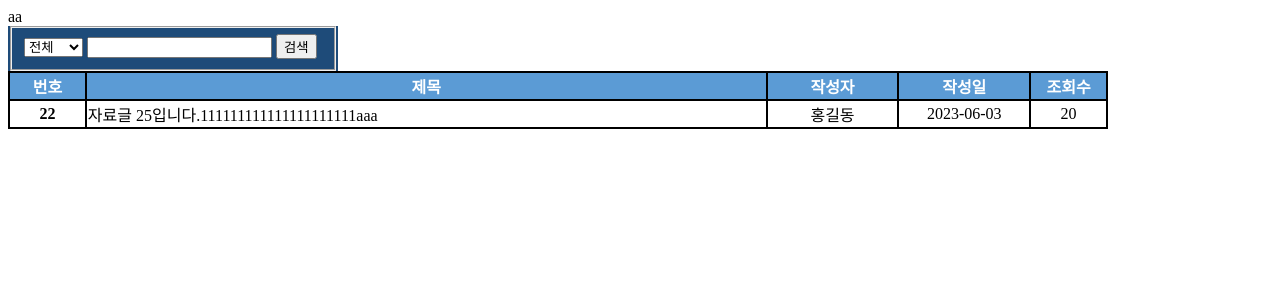
Repository: LJzero-dev/java-study
Page: http://localhost/ktbwos/bbs/request_list.jsp
An editor plug-in stored every save of this project. The page is shown before and after the next save, followed by the edit.
The browser window is 1280 px wide. The pictures show the whole page.
The page is served by Tomcat 9. Other server files are loaded and not shown.

Above is the page before, as saved 2023-06-10 13:29:17.

### web/ktbwos/WebContent/bbs/request_list.jsp
<%@ page language="java" contentType="text/html; charset=UTF-8" pageEncoding="UTF-8"%>
<!DOCTYPE html PUBLIC "-//W3C//DTD HTML 4.01 Transitional//EN" "http://www.w3.org/TR/html4/loose.dtd">
<html>
<head>
<meta http-equiv="Content-Type" content="text/html; charset=UTF-8">
<style>
	a:link { color:black; text-decoration:none; }
	a:visited { color:black; text-decoration:none; }
	a:hover { color:black; text-decoration:underline; }
	table, th, td {
	border:2px solid black;
	border-collapse : collapse;
	}
	th { background-color:#5B9BD5; color:white;}
	td { text-align:center;}
</style>
<title>Insert title here</title>
</head>
<body>

<div width="1100">
aa<div style="width:330px; background:#1E4B79; ">
<form name="frmSch">
<fieldset>
		<select name="schtype">
			<option value="all" >전체</option>
			<option value="title" >제목</option>
			<option value="content" >내용</option>
			<option value="writer" >글쓴이</option>
		</select>
		<input type="text" name="keyword" value="" />
		<input type="submit" value="검색" />
</fieldset>
</form>
</div>
	<table width="1100">
		<tr>
			<th width="7%">번호</th><th width="*">제목</th><th width="12%">작성자</th><th width="12%">작성일</th><th width="7%">조회수</th>
		</tr>
		<tr>
			<td><b>22</b></td><td><span style="float:left;">자료글 25입니다.111111111111111111111<a href="">aaa</a></span></td><td>홍길동</td><td>2023-06-03</td><td>20</td>
		</tr>
	</table>

</div>
</body>
</html>

After the next save:
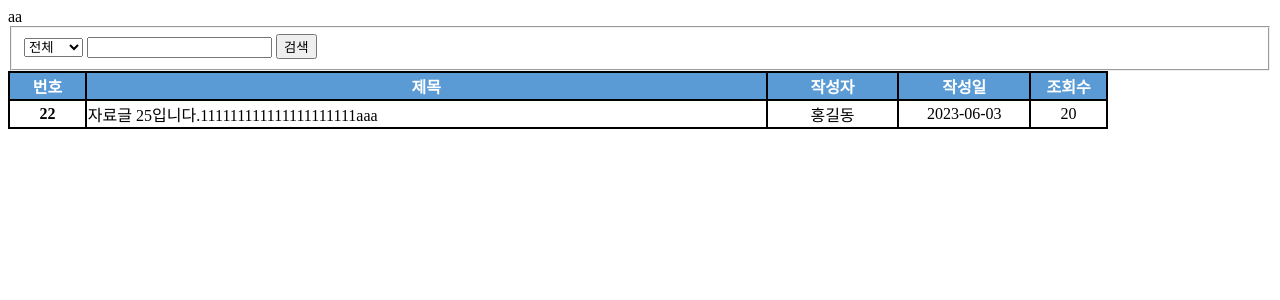
Saved 12 min 10 s later.
--- a/web/ktbwos/WebContent/bbs/request_list.jsp
+++ b/web/ktbwos/WebContent/bbs/request_list.jsp
@@ -19,7 +19,7 @@
 <body>
 
 <div width="1100">
-aa<div style="width:330px; background:#1E4B79; ">
+aa<div style="width:330px; background:#1E4B79; display:inline ">
 <form name="frmSch">
 <fieldset>
 		<select name="schtype">

After the 3 saves that followed:
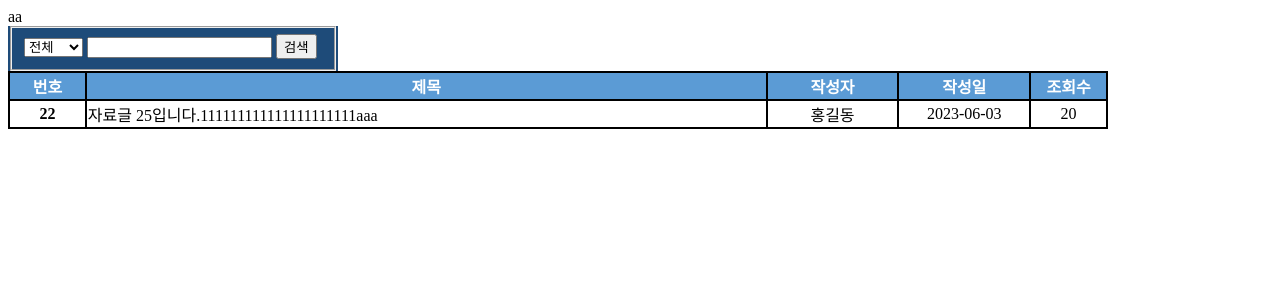
The 3 saves are shown as one change because 2 left the picture as it was.
The last was saved 31 s later.
--- a/web/ktbwos/WebContent/bbs/request_list.jsp
+++ b/web/ktbwos/WebContent/bbs/request_list.jsp
@@ -19,7 +19,7 @@
 <body>
 
 <div width="1100">
-aa<div style="width:330px; background:#1E4B79; display:inline ">
+aa<div style="width:330px; background:#1E4B79; ">
 <form name="frmSch">
 <fieldset>
 		<select name="schtype">
